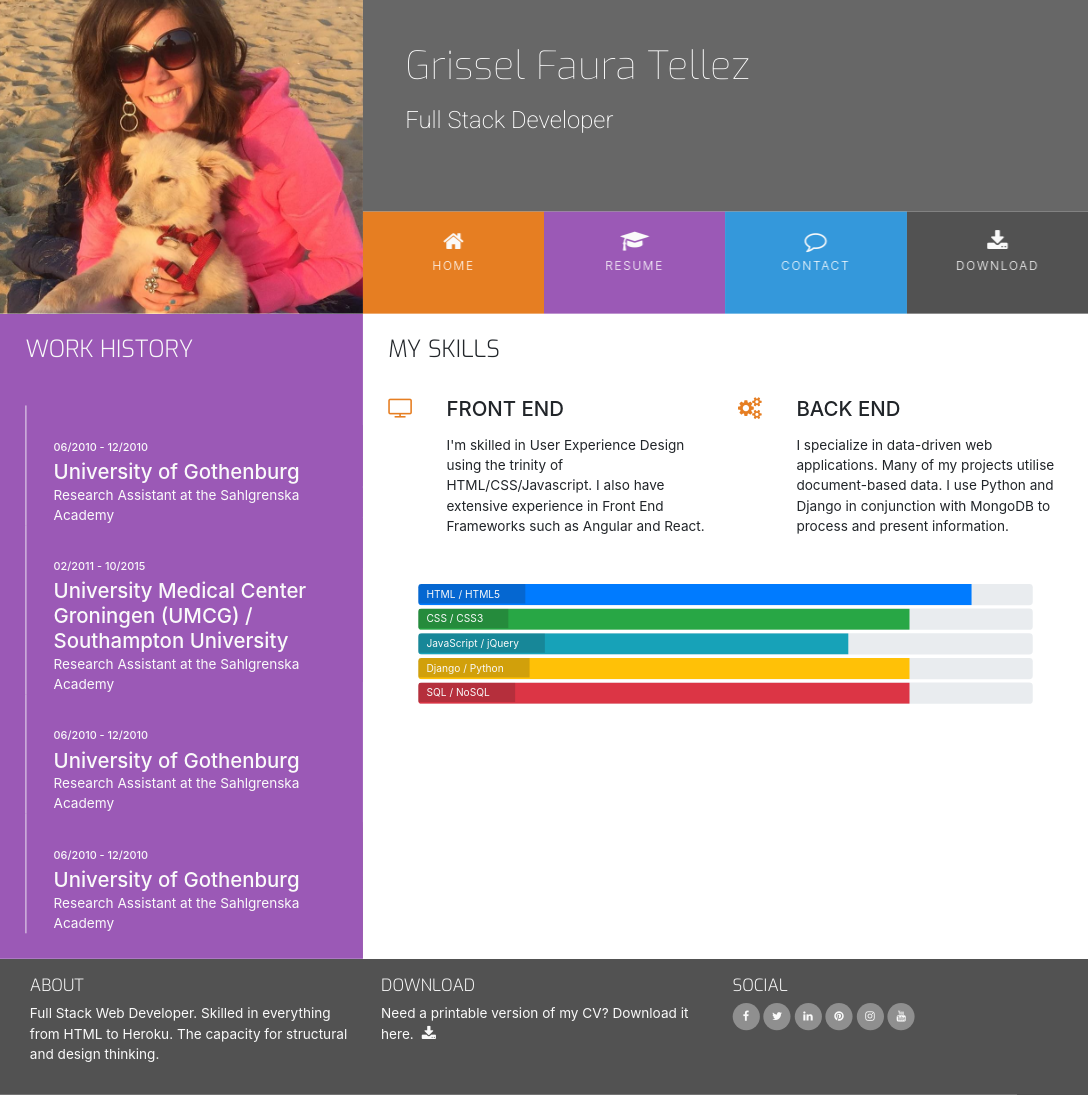
Repository: grisselfaura/Resume-Project-Introduction
Page: resume.html
The author's editor kept a record of every edit. The page is drawn from the files as they stood at one moment, then again after the next edit.
The browser window is 1280 px wide. The pictures show the whole page, at 85% of full size.

Above is the page before.

### resume.html
<!DOCTYPE html>
<html lang="en">
<head>
    <meta charset="UTF-8">
    <meta name="viewport" content="width=device-width, initial-scale=1.0">
    <meta http-equiv="X-UA-Compatible" content="ie=edge">
    <link rel="stylesheet" href="https://stackpath.bootstrapcdn.com/bootstrap/4.3.1/css/bootstrap.min.css" type="text/css" />
    <link rel="stylesheet" href="https://stackpath.bootstrapcdn.com/font-awesome/4.7.0/css/font-awesome.min.css" type="text/css" />
    <link rel="stylesheet" href="https://cdnjs.cloudflare.com/ajax/libs/hover.css/2.3.1/css/hover-min.css" type="text/css" />
    <link rel="stylesheet" href="assets/CSS/style.css" type="text/css" />
    <title>Grissel</title>
</head>
<body>
    <header>
       <div class="row no-gutters">
           <a class="col-md-4 logo" href="index.html"></a>
           <div class="col-md-8">
               <div class="row no-gutters bg-color-name-title">
                   <div class="col heading">
                       <h1 class="name">Grissel Faura Tellez</h1>
                       <h2 class="title">Full Stack Developer</h2>
                    </div>
               </div>
               <div class="row no-gutters">
                   <div class="col">
                       <ul id="nav" class="list-inline menucontainer">
                           <li class="col-6 col-sm-3 ui-menu-color-home list-inline-item menuitem">
                               <a href="#" class="hvr-sweep-to-bottom"><i class="fa fa-home" aria-hidden="true"></i><span>Home</span></a>
                           </li>
                           <li class="col-6 col-sm-3 ui-menu-color-resume list-inline-item menuitem">
                               <a href="#" class="hvr-sweep-to-bottom"><i class="fa fa-graduation-cap" aria-hidden="true"></i><span>Resume</span></a>
                           </li>
                           <li class="col-6 col-sm-3 ui-menu-color-contact list-inline-item menuitem">
                               <a href="#" class="hvr-sweep-to-bottom"><i class="fa fa-comment-o" aria-hidden="true"></i><span>Contact</span></a>
                           </li>
                           <li class="col-6 col-sm-3 ui-menu-color-download list-inline-item menuitem">
                               <a href="#" class="hvr-sweep-to-bottom"><i class="fa fa-download" aria-hidden="true"></i><span>Download</span></a>
                           </li>
                       </ul>
                   </div>
               </div>
           </div>
       </div>
    </header>
    <section class="container-fluid">
        <div class="row">
            <div class="col-md-4 bg-color-work-history section-column">
                <div class="row">
                    <div class="col-12">
                        <h3 class="history-heading uppercase">
                            Work History
                            </h3>
                    </div>
                </div>
                <div class="timeline-item" data-dates="06/2010 - 12/2010">
                    <h4>University of Gothenburg</h4>
                    <p>Research Assistant at the Sahlgrenska Academy</p>
                </div>
                <div class="timeline-item" data-dates="02/2011 - 10/2015">
                    <h4>University Medical Center Groningen (UMCG) / Southampton University</h4>
                    <p>Research Assistant at the Sahlgrenska Academy</p>
                </div>
                <div class="timeline-item" data-dates="06/2010 - 12/2010">
                    <h4>University of Gothenburg</h4>
                    <p>Research Assistant at the Sahlgrenska Academy</p>
                </div>
                <div class="timeline-item" data-dates="06/2010 - 12/2010">
                    <h4>University of Gothenburg</h4>
                    <p>Research Assistant at the Sahlgrenska Academy</p>
                </div>
            </div>
            <div class="col-md-8 bg-color-three-reasons section-column">
                <div class="row">
                    <div class="col">
                        <h3 class="section-heading uppercase">My Skills</h3>
                    </div>
                </div>
                <div class="row">
                    <div class="col-10 offset-1 offset-sm-0 col-sm-4 col-md-6">
                        <div class="row">
                            <div class="col-2">
                                <i class="three-reasons-icon fa fa-tv" aria-hidden="true"></i>
                            </div>
                            <div class="col-10">
                                <h4 class="three-reasons-heading uppercase">Front End</h4>
                                <p>
                                    I'm skilled in User Experience Design using the trinity of HTML/CSS/Javascript. I also have extensive experience in Front End Frameworks such as Angular and React.
                                </p>
                            </div>
                        </div>
                    </div>
                    <div class="col-10 offset-1 offset-sm-0 col-sm-4 col-md-6">
                        <div class="row">
                            <div class="col-2">
                                <i class="three-reasons-icon fa fa-gears" aria-hidden="true"></i>
                            </div>
                            <div class="col-10">
                                <h4 class="three-reasons-heading uppercase">Back End</h4>
                                <p>
                                    I specialize in data-driven web applications. Many of my projects utilise document-based data. I use Python and Django in conjunction with MongoDB to process and present information.
                                </p>
                            </div>
                        </div>
                    </div>
                </div>
                <div class="row progress-section">
                    <div class="col">
                        <div class="progress">
                            <div class="progress-bar" role="progressbar" aria-valuenow="90" aria-valuemin="0" aria-valuemax="100" style="width:90%;">
                                <span class="sr-only">90% complete</span>
                            </div>
                            <span class="progress-type">HTML / HTML5</span>
                        </div>
                        <div class="progress">
                            <div class="progress-bar bg-success" role="progressbar" aria-valuenow="80" aria-valuemin="0" aria-valuemax="100" style="width:80%;">
                                <span class="sr-only">80% complete</span>
                            </div>
                            <span class="progress-type">CSS / CSS3</span>
                        </div>
                        <div class="progress">
                            <div class="progress-bar bg-info" role="progressbar" aria-valuenow="70" aria-valuemin="0" aria-valuemax="100" style="width:70%;">
                                <span class="sr-only">70% complete</span>
                            </div>
                            <span class="progress-type">JavaScript / jQuery</span>
                        </div>
                        <div class="progress">
                            <div class="progress-bar bg-warning" role="progressbar" aria-valuenow="80" aria-valuemin="0" aria-valuemax="100" style="width:80%;">
                                <span class="sr-only">80% complete</span>
                            </div>
                            <span class="progress-type">Django / Python</span>
                        </div>
                         <div class="progress">
                            <div class="progress-bar bg-danger" role="progressbar" aria-valuenow="80" aria-valuemin="0" aria-valuemax="100" style="width:80%;">
                                <span class="sr-only">80% complete</span>
                            </div>
                            <span class="progress-type">SQL / NoSQL</span>
                        </div>
                    </div>
                </div>
            </div>
        </div>
 </section>
    <footer class="container-fluid">
        <div id="footer-details" class="row">
            <div class="col-sm-4">
                <h5 class="uppercase general-sub">About</h5>
                <p class ="inline-block">
                Full Stack Web Developer. Skilled in everything from HTML to Heroku. The capacity for structural and design thinking.</p>
            </div>
            <div class="col-sm-4">
                <h5 class="uppercase general-sub">Download</h5>
                <p class ="inline-block">
                Need a printable version of my CV? Download it here.
                    <a href="#" target="_blank" class="cv-pdf">
                        <i class="fa fa-download" aria-hidden="true"></i>
                        <span class="sr-only">Download link again.</span>
                    </a>
                </p>
             </div>
            <div class="col-sm-4">
                <h5 class="uppercase general-sub">Social</h5>
                <ul class="list-inline social-links">
                    <li class="list-inline-item">
                        <a target="_blank" href="#">
                            <i class="fa fa-facebook" aria-hidden="true"></i>
                            <span class="sr-only">Facebook</span>
                        </a>
                    </li>
                    <li class="list-inline-item">
                        <a target="_blank" href="#">
                            <i class="fa fa-twitter" aria-hidden="true"></i>
                            <span class="sr-only">Twitter</span>
                        </a>
                    </li>
                     <li class="list-inline-item">
                        <a target="_blank" href="#">
                            <i class="fa fa-linkedin" aria-hidden="true"></i>
                            <span class="sr-only">LinkedIn</span>
                        </a>
                    </li>
                    <li class="list-inline-item">
                        <a target="_blank" href="#">
                            <i class="fa fa-pinterest" aria-hidden="true"></i>
                            <span class="sr-only">Pinterest</span>
                        </a>
                    </li>
                    <li class="list-inline-item">
                        <a target="_blank" href="#">
                            <i class="fa fa-instagram" aria-hidden="true"></i>
                            <span class="sr-only">Instagram</span>
                        </a>
                    </li>
                    <li class="list-inline-item">
                        <a target="_blank" href="#">
                            <i class="fa fa-youtube" aria-hidden="true"></i>
                            <span class="sr-only">Youtube</span>
                        </a>
                    </li>
                </ul>
            </div>
        </div>
    </footer>
</body>
</html>

### assets/CSS/style.css
@import url('https://fonts.googleapis.com/css?family=Roboto:100,200,300,400,500,600,700|Exo:100,200,300,400,500,600,700');

/*---------------------------------Colours*/

.bg-color-name-title {
    background-color: #676767;
}

.bg-color-three-reasons {
    background-color: #fff;
}

.bg-color-personal-info {
    background-color: #f4f4f4;
}

.bg-color-work-history {
    background-color: #9b59b6;
}

.ui-menu-color-home {
    background-color: #e67e22;
}

.ui-menu-color-resume {
    background-color: #9b59b6;
}

.ui-menu-color-contact {
    background-color: #3498db;
}

.ui-menu-color-download {
    background-color: #525252;
}
/*---------------------------------Special paddings/margins/text*/

h1,
h2,
h3,
h4 {
    margin: 0;
}

.uppercase {
   text-transform: uppercase;
}

.general-sub {
    font-family: "Exo", sans-serif;
    font-weight: 300;
    color: #fafafa;
}

.inline-block {
    display: inline-block;
}

.row-table {
    display: table;
}

.section-column {
    display: table-cell;
    padding: 0 30px 30px;
    float: none;
}

.history-heading,
.section-heading {
    font-family: "Exo", sans-serif;
    font-weight: 300;
    margin-top: 25px;
    margin-bottom: 40px;
}

/*---------------------------------Heading*/
header {
    margin: 0;
}

.heading {
    margin-left: 50px;
}

.logo {
    background: url("../images/gri.jpg");
    background-position: center;
    background-repeat: no-repeat;
    background-size: cover;
    min-height: 360px;
    transition: all .5s ease-in-out;
    -moz-transition: all .5s ease-in-out;
    -webkit-transition: all .5s ease-in-out;
}

.name {
    font-family: "Exo", sans-serif;
    font-weight: 100;
    font-size: 46px;
    margin-top: 50px;
    color: #ffffff;
}

.title {
    font-family: "Roboto", sans-serif;
    font-weight: 200;
    font-size: 28px;
    margin-top: 20px;
    margin-bottom: 90px;
    color: #ffffff;
}
.list-inline-item:not(:last-child) {
    margin-right: 0;
}
.menucontainer {
    font-size: 0;
}

#nav {
    margin: 0
}

#nav li {
    font-size: 14px;
    padding: 0;
}

.menuitem {
    height: 120px;
    text-align: center;
    padding: 0;
}

.menuitem a {
    width: 100%;
    text-decoration: none;
    color: #fff;
    height: 120px;
}

.menuitem a i {
    padding-top: 22px;
    display: block;
    color: #fafafa;
    font-size: 26px;
}

.menuitem span {
    display: block;
    width: 100%;
    padding-top: 5px;
    text-align: center;
    text-transform: uppercase;
    font-size: 14px;
    font-weight: 300;
    letter-spacing: 2px;
}

/*---------------------------------Hover.css*/
.hvr-sweep-to-bottom:before {
    background: rgba(0,0,0,0.2);
    height: 120px;
}

/*---------------------------------Footer*/

footer {
    background-color: #525252;
    color: #fafafa;
    min-height: 120px;
    margin: 0;
}

.cv-pdf i {
  font-size: 18px;
  color: #fafafa;
  text-align: center;
  padding-left: 5px;
  transition: all 0.35s ease-in-out;
  -moz-transition: all 0.35s ease-in-out;
  -webkit-transition: all 0.35s ease-in-out;
  -o-transition: all 0.35s ease-in-out;
}

.cv-pdf i:hover {
  color: #e84610;
}

.social-links {
    padding-bottom: 15px;
}

.social-links li a i {
    width: 32px;
    height: 32px;
    padding: 12px 0;
    border-radius: 50%;
    font-size: 13px;
    line-height: 7px;
    text-align: center;
    color: #fafafa;
    background: #8f8f8f;
    transition: all 0.35s ease-in-out;
    -moz-transition: all 0.35s ease-in-out;
    -webkit-transition: all 0.35s ease-in-out;
    -o-transition: all 0.35s ease-in-out;
}

.social-links li a i:hover {
    background: #e84610;
}

#footer-details {
    padding: 20px;
}

/*---------------------------------Three Reasons*/

.three-reasons-icon {
    font-size: 26px;
    color: #e67e22;
}

.three-reasons-heading {
    margin-bottom: 15px;
}

/*---------------------------------Personal Info*/
.personal-info-item {
    margin-bottom: 20px;
    display: block;
    clear: both;
}

.personal-info-item .key,
.personal-info-item .value {
    padding-right: 8px;
    display: inline-block;
}

.personal-info-item .key p,
.personal-info-item .value p {
    margin: 0;
}

.personal-info-item .key {
    width: 30%;
    margin-right: 21px;
    padding-top: 2px;
    vertical-align: top;
}

.personal-info-item .key p {
    font-weight: 700;
}

.personal-info-item .value {
    position: relative;
    width: 60%;
}

/*---------------------------------Skills*/

.progress {
    position: relative;
    height: 25px;
    margin-bottom: 4px;
}

.progress-type {
    position: absolute;
    left:0px;
    font-weight: 400;
    padding: 3px 30px 2px 10px;
    color: #fafafa;
    background-color: rgba(25, 25, 25, 0.2);
}

.progress-section {
    margin: 40px 20px;
}

/*---------------------------------Work History*/

.history-heading {
    color: #fafafa;
    margin-bottom: 50px;
}

.timeline-item {
    padding: 4em 2em 0em 2em;
    position: relative;
    color: #fafafa;
    border-left: 1px solid;
}

.timeline-item p {
    padding: 0;
    margin: 0;
}

.timeline-item:before {
    content: attr(data-dates);
    position: absolute;
    left: 2.5em;
    top: 3em;
    display: block;
    font-family:  !important;
    font-weight: 500;
    font-size: 0.8em;
    padding: 0;
    margin:0;
}

After the next edit:
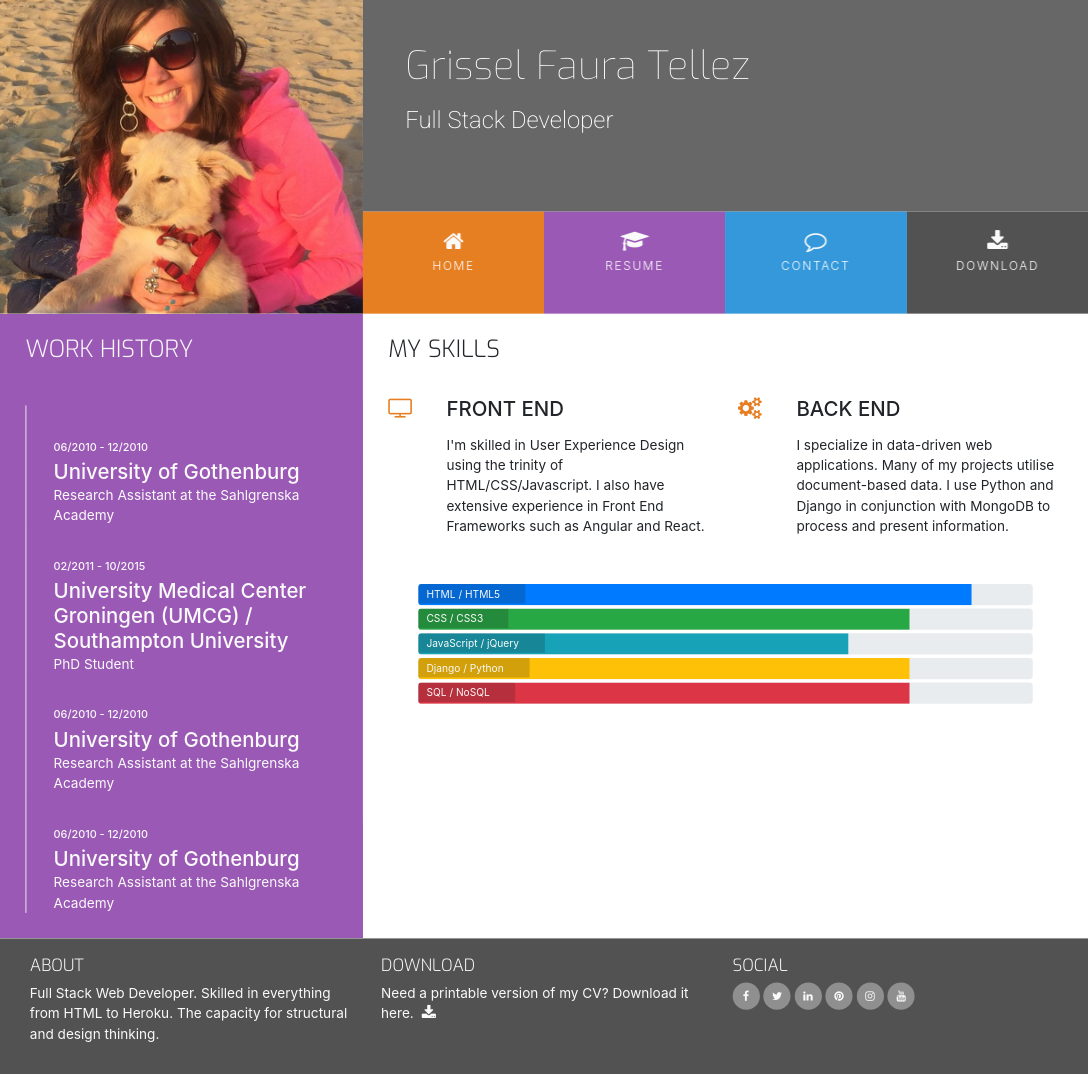
The edit:
--- a/resume.html
+++ b/resume.html
@@ -58,7 +58,7 @@
                 </div>
                 <div class="timeline-item" data-dates="02/2011 - 10/2015">
                     <h4>University Medical Center Groningen (UMCG) / Southampton University</h4>
-                    <p>Research Assistant at the Sahlgrenska Academy</p>
+                    <p>PhD Student</p>
                 </div>
                 <div class="timeline-item" data-dates="06/2010 - 12/2010">
                     <h4>University of Gothenburg</h4>
